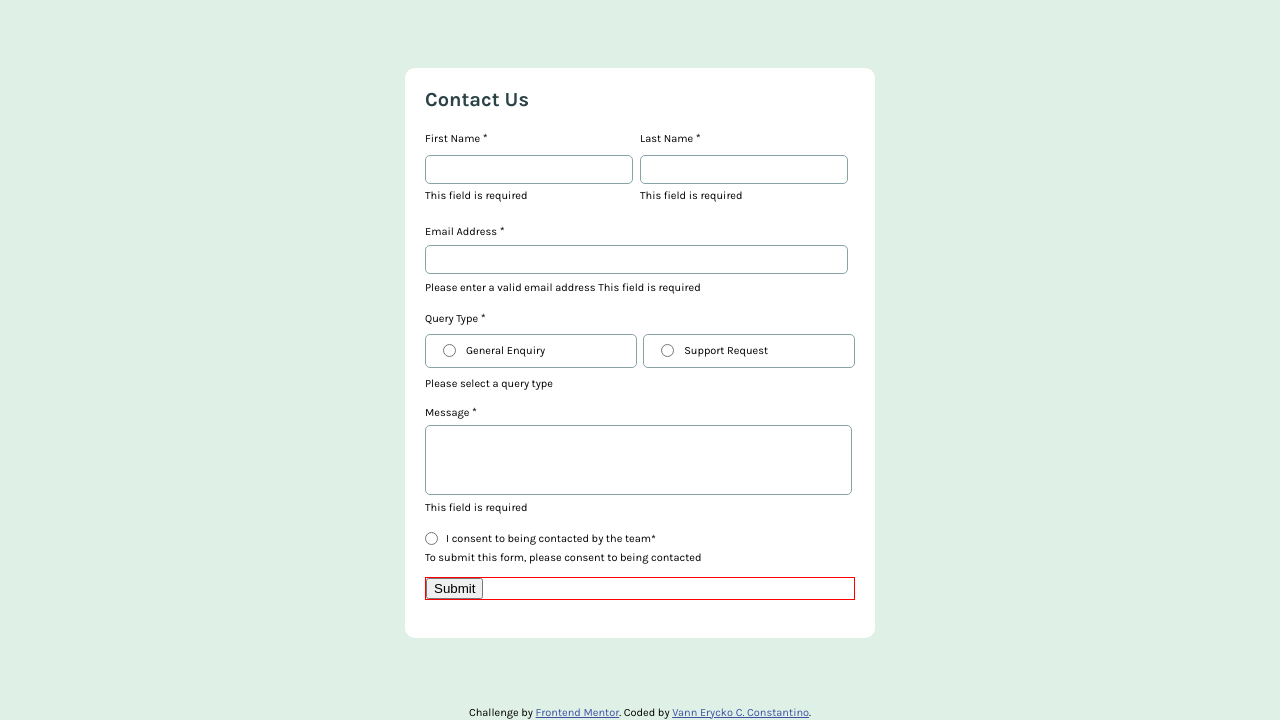
Repository: kocokoy/contact-form
Page: contact-form-main/index.html
These files come from the project's save history. The page is drawn as it stood at one moment and after the next save; the edit follows.
The browser window is 1280 px wide. The pictures show the whole page.

Above is the page before, as saved 2024-10-24 11:03:11.

### contact-form-main/index.html
<!DOCTYPE html>
<html lang="en">
<head>
  <meta charset="UTF-8">
  <meta name="viewport" content="width=device-width, initial-scale=1.0"> <!-- displays site properly based on user's device -->

  <link rel="icon" type="image/png" sizes="32x32" href="./assets/images/favicon-32x32.png">
  <link rel="stylesheet" href="/contact-form-main/styles/style.css">
  <link rel="preconnect" href="https://fonts.googleapis.com">
  <link rel="preconnect" href="https://fonts.gstatic.com" crossorigin>
  <link href="https://fonts.googleapis.com/css2?family=Karla:ital,wght@0,200..800;1,200..800&family=Red+Hat+Text:ital,wght@0,300..700;1,300..700&display=swap" rel="stylesheet">
  <title>Frontend Mentor | Contact form</title>

  <!-- Feel free to remove these styles or customise in your own stylesheet 👍 -->
  <style>
    .attribution { font-size: 11px; text-align: center; }
    .attribution a { color: hsl(228, 45%, 44%); }
  </style>
</head>
<body>
  <div class="container">
    <div class="contact-form-card">
      <h1 class="contact-us-header">
        Contact Us
      </h1>
      <div class="name-section">
        <div class="first-name-section">
          <p>
            First Name
            <span>*</span>
          </p>
          <input type="text" name="" id="">
          <p>
            This field is required
          </p>
        </div>
        <div class="last-name-section">
          <p>
            Last Name
            <span>*</span>
          </p>
          <input type="text" name="" id="">
          <p>
            This field is required
          </p>
        </div>
      </div>
      <div class="email-section">
        <p>Email Address  <span>*</span></p>
        <input type="text">
        <p>Please enter a valid email address
          This field is required</p>
      </div>
      <div class="query-type-section">
        <p>Query Type  <span>*</span></p>
        <div class="radio-query-type-section">
          <div class="general-radio-query-type-section">
            <input type="radio">
            General Enquiry
          </div>
          <div class="support-radio-query-type-section">
            <input type="radio">
            Support Request
          </div>
        </div>
        <p>Please select a query type</p>
      </div>
      <div class="message-section">
        <p>Message  <span>*</span></p>
        <input type="text">
        <p>This field is required</p>
      </div>
      <div class="consent-section">
        <div>
          <input type="radio">
          I consent to being contacted by the team  <span>*</span>
        </div>
        <p> To submit this form, please consent to being contacted</p>
      </div>
      <div class="submit-btn-section">
        <button>
          Submit</button>
      </div>
    </div>
  </div>




  <!-- Message Sent!
  Thanks for completing the form. We'll be in touch soon! -->

  <div class="attribution">
    Challenge by <a href="https://www.frontendmentor.io?ref=challenge">Frontend Mentor</a>.
    Coded by <a href="#">Vann Erycko C. Constantino</a>.
  </div>
</body>
</html>

### contact-form-main/styles/style.css
:root{
  /* Primary */
  --Green200: hsl(148, 38%, 91%);
  --Green600: hsl(169, 82%, 27%);
  --Red:hsl(0, 66%, 54%);

  --White: hsl(0, 0%, 100%);
  --Grey500: hsl(186, 15%, 59%);
  --Grey900: hsl(187, 24%, 22%);
}

body{
  padding: 0;
  margin: 0;
  background-color: var(--Green200);
  font-family: Karla;
  font-size: 11px;
  font-weight: 400;
}

span {
  font-size: 12px;
}

.container{
  display: flex;
  align-items: center;
  justify-content: center;
  height: 98vh;
}

.contact-form-card{
  display: flex;
  flex-direction: column;
  border: 1px var(--Grey500);
  background-color: var(--White);
  height: 530px;
  width: 430px;
  border-radius: 10px;
  padding: 20px;
}

.contact-us-header{
  padding: 0;
  margin: 0;
  font-weight: 700;
  font-size: 20px;
  color: var(--Grey900);
}

.name-section{
  display: flex;
  flex-direction: row;
  justify-content: space-between;
  padding-top: 15px;
}

.name-section p{
  margin: 5px 0;
  padding-bottom: 5px;
}

.name-section input{
 width: 94%;
 height: 25px;
 border: 1px solid var(--Grey500);
 border-radius: 5px;
}

.first-name-section, .last-name-section{
  width: 100%;
}

.email-section{
  padding-top: 5px;
  display: flex;
  flex-direction: column;
}

.email-section p{
  margin:0;
  padding: 7px 0;
}

.email-section input{
  width: 97%;
  height: 25px;
  border-radius: 5px;
  border: 1px solid var(--Grey500);
}

.query-type-section{
  padding-top: 1px;
  display: flex;
  flex-direction: column;
}

.query-type-section p{
  padding: 9px 0;
  margin: 0;
}

.query-type-section .radio-query-type-section{
  display: flex;
  flex-direction: row;
  justify-content: space-between;
}

.query-type-section .radio-query-type-section input{
  margin: 0 10px 0 17px;
  border-color: red;
}

.general-radio-query-type-section ,.support-radio-query-type-section{
  display: flex;
  flex-direction: row;
  align-items: center;
  height: 32px;
  border-radius: 5px;
  border: 1px solid var(--Grey500);
  width: 48.8%;
}

.message-section{
  height: 120px;
}

.message-section p{
 padding: 0;
 margin: 0;
 padding: 6px 0;
}

.message-section input{
 width: 98%;
 height: 55%;
 border-radius: 5px;
 border: 1px solid var(--Grey500);
}

.consent-section{
  display: flex;
  flex-direction: column;
  margin: 13px 0;
}

.consent-section p{
  padding: 0;
  margin: 5px 0 0 0;
}

.consent-section input{
  margin: 0 8px 0 0;
}

.consent-section div{
  display: flex;
  flex-direction: row;
  justify-content: start;
  align-items: center;
  padding: 0;
}

.submit-btn-section{
  border: 1px solid red;
  display: flex;
  justify-self: center;
  align-items: center;
}

After the next save:
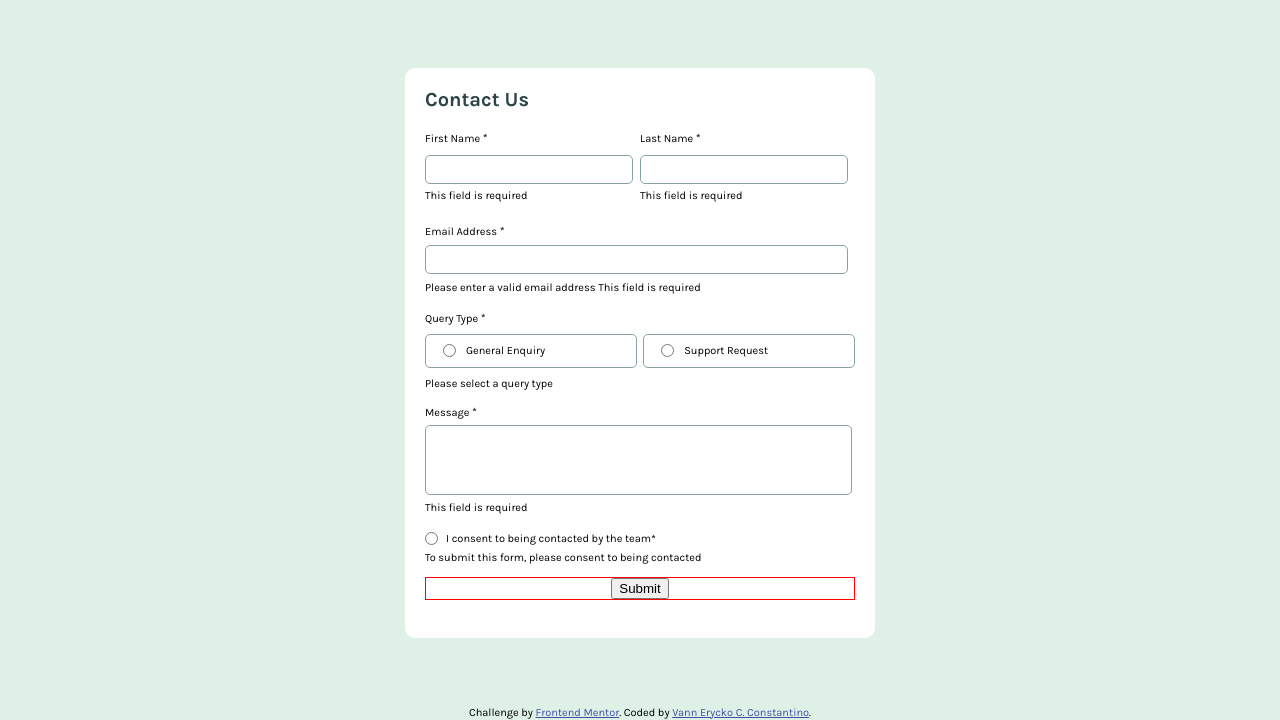
Saved 4 s later.
--- a/contact-form-main/styles/style.css
+++ b/contact-form-main/styles/style.css
@@ -164,6 +164,6 @@ span {
 .submit-btn-section{
   border: 1px solid red;
   display: flex;
-  justify-self: center;
+  justify-content: center;
   align-items: center;
 }
